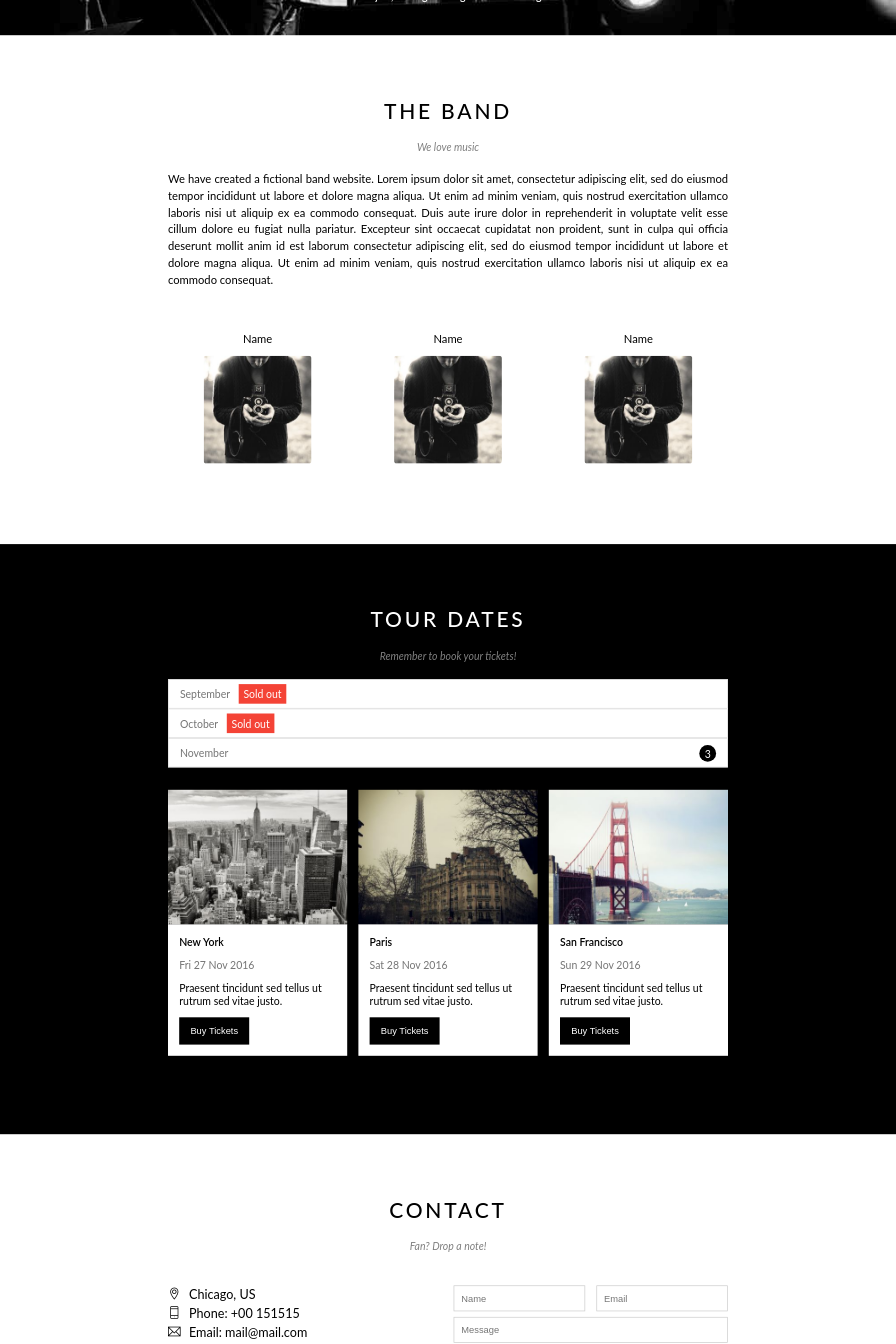
Repository: tatvanhco/web-dau-tay
Page: index.html
An editor plug-in stored every save of this project. The page is shown before and after the next save, followed by the edit.
The browser window is 1280 px wide. The pictures show the part of the page from y = 636 to 2556 px (the page is 3659 px tall before and 3645 px after), at 70% of full size.

Above is the page before, as saved 2022-01-24 19:38:08.

After the next save:
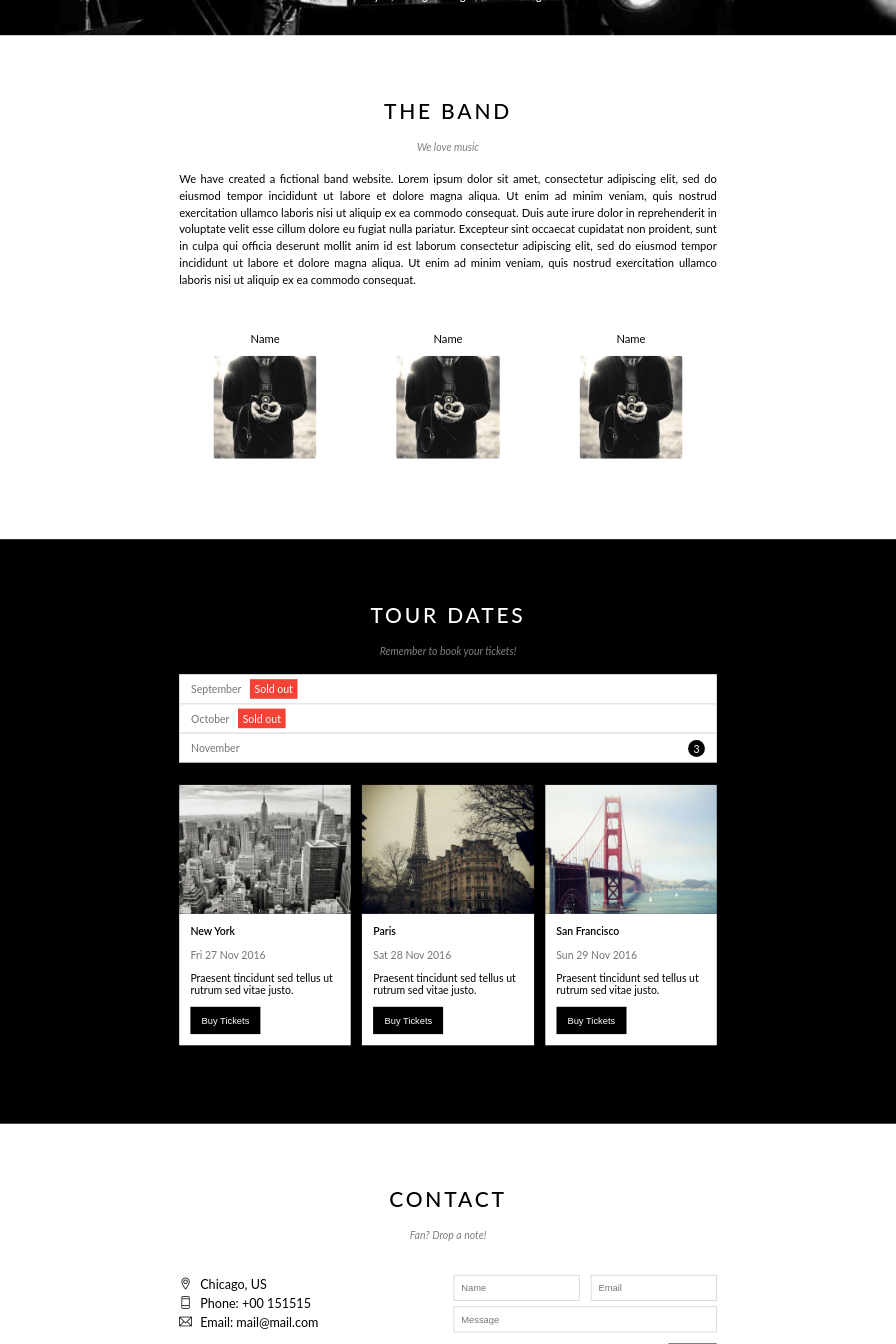
Saved 3 min 8 s later.
--- a/assets/css/style.css
+++ b/assets/css/style.css
@@ -197,6 +197,8 @@ html {
     margin-left: auto;
     margin-right: auto;
     padding: 64px 0 112px;
+    padding-left: 16px;
+    padding-right: 16px;
 }
 
 #content .section-heading,
